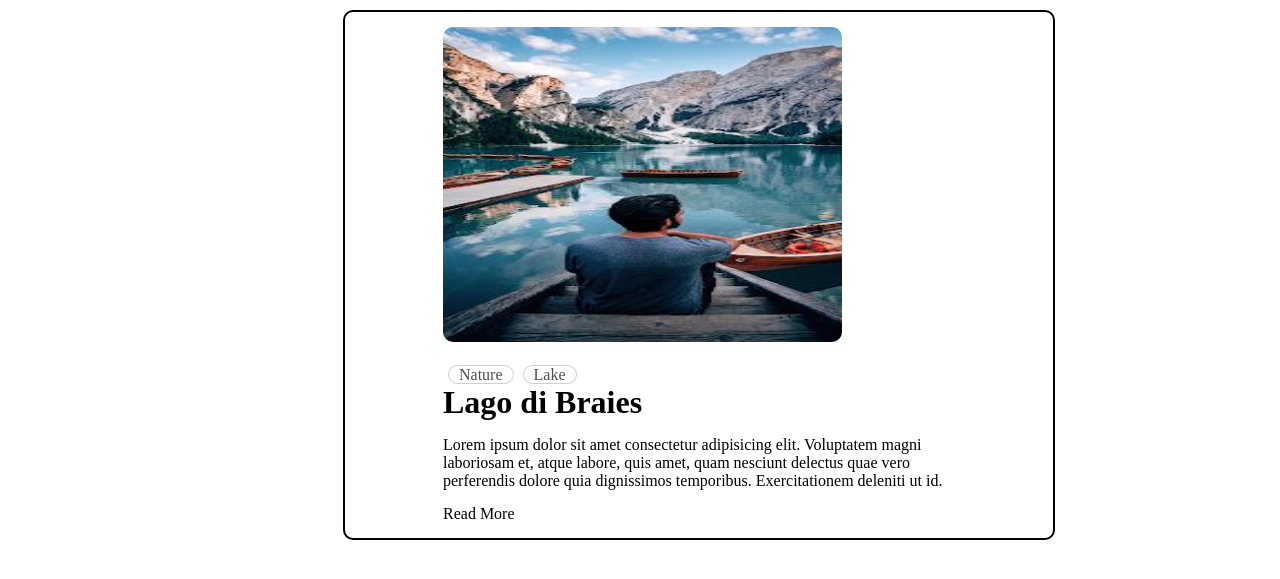
Repository: diensy/Web_dev
Page: Css/Exercise/exercise-2/index.html
These files come from the project's save history. The page is drawn as it stood at one moment and after the next save; the edit follows.
The browser window is 1280 px wide. The pictures show the whole page.

Above is the page before, as saved 2024-05-27 22:09:22.

After the next save:
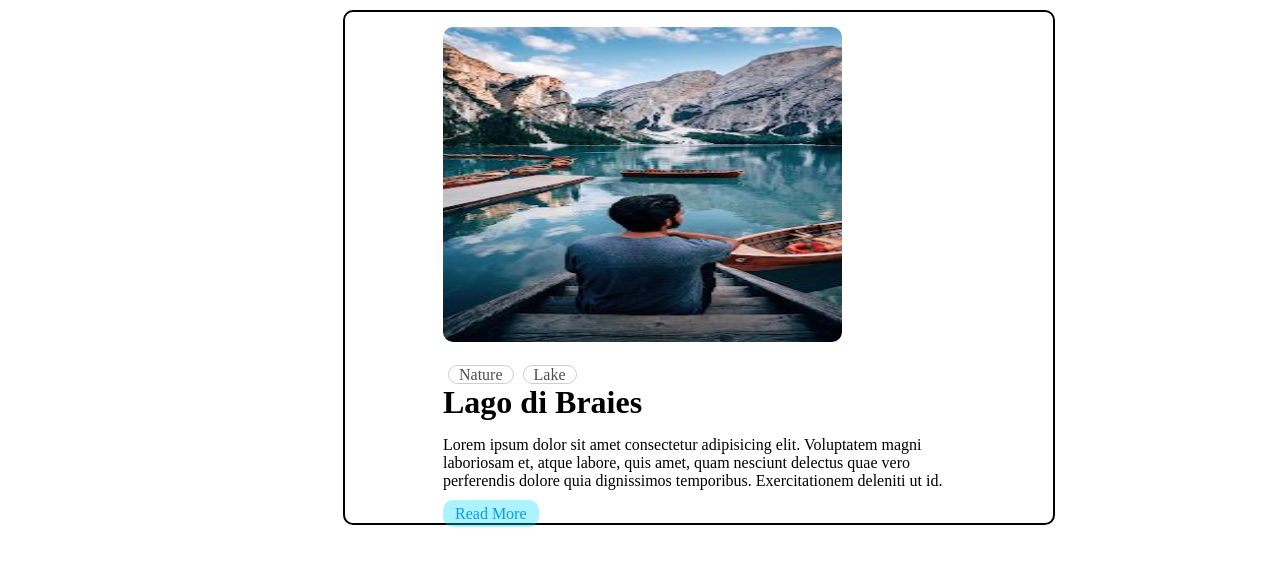
Saved 11 s later.
--- a/Css/Exercise/exercise-2/index.html
+++ b/Css/Exercise/exercise-2/index.html
@@ -23,7 +23,7 @@
           quae vero perferendis dolore quia dignissimos temporibus.
           Exercitationem deleniti ut id.
         </p>
-        <p>Read More</p>
+        <span>Read More</span>
       </div>
     </div>
   </body>
